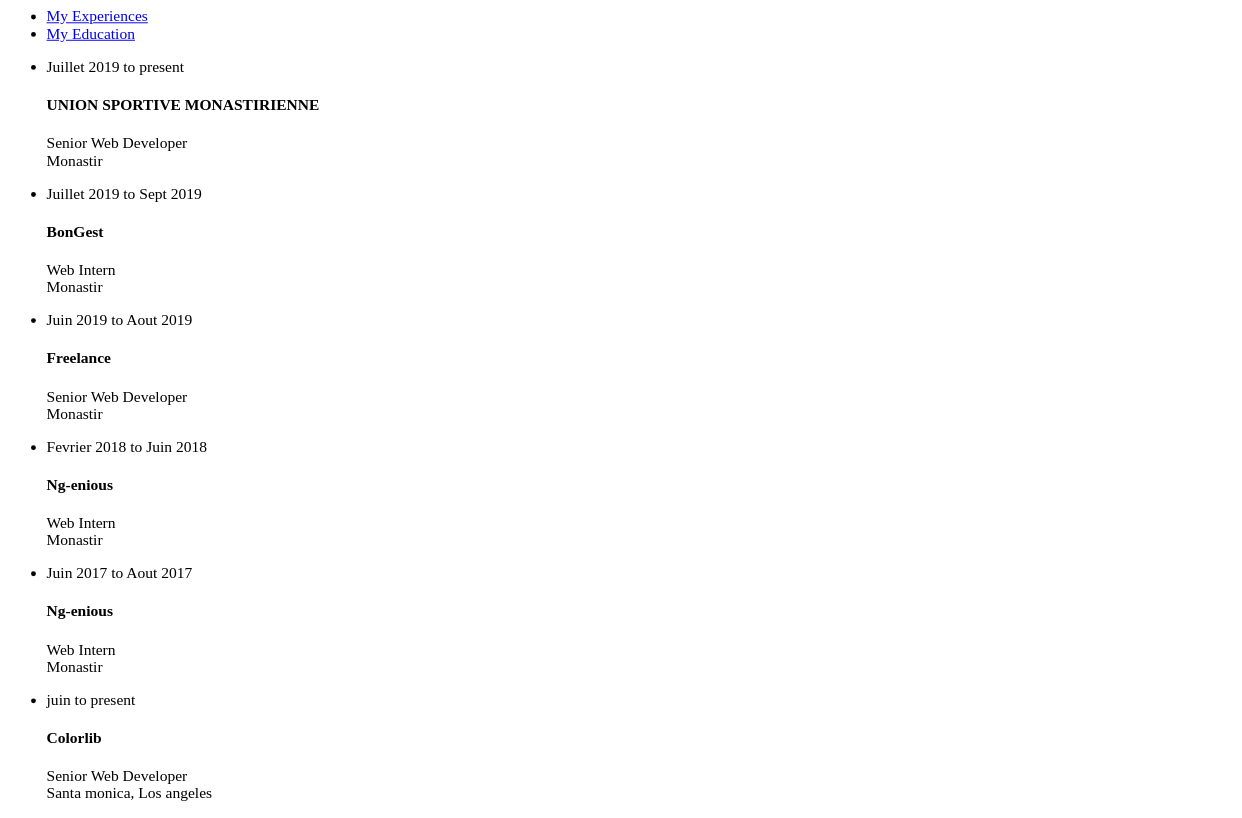
Repository: ChaabeneHabib/habib-chaabene
Page: formationExperience.html
These files come from the project's save history. The page is drawn as it stood at one moment and after the next save; the edit follows.
The browser window is 1280 px wide. The pictures show the whole page, at 97% of full size.

Above is the page before, as saved 2019-11-16 15:36:54.

### formationExperience.html
<section class="mytabs_area p_120">
		<div class="container">
			<div class="tabs_inner">
				<ul class="nav nav-tabs" id="myTab" role="tablist">
					<li class="nav-item">
						<a class="nav-link active" id="home-tab" data-toggle="tab" href="#home" role="tab"
							aria-controls="home" aria-selected="true">My Experiences</a>
					</li>
					<li class="nav-item">
						<a class="nav-link" id="profile-tab" data-toggle="tab" href="#profile" role="tab"
							aria-controls="profile" aria-selected="false">My Education</a>
					</li>
				</ul>
				<div class="tab-content" id="myTabContent">
					<div class="tab-pane fade show active" id="home" role="tabpanel" aria-labelledby="home-tab">
						<ul class="list">
							<li>
								<span></span>
								<div class="media">
									<div class="d-flex">
										<p>Juillet 2019 to present</p>
									</div>
									<div class="media-body">
										<h4>UNION SPORTIVE MONASTIRIENNE</h4>
										<p>Senior Web Developer <br />Monastir</p>
									</div>
								</div>
							</li>
							<li>
								<span></span>
								<div class="media">
									<div class="d-flex">
										<p>Juillet 2019 to Sept 2019</p>
									</div>
									<div class="media-body">
										<h4>BonGest</h4>
										<p>Web Intern  <br />Monastir </p>
									</div>
								</div>
							</li>
							<li>
								<span></span>
								<div class="media">
									<div class="d-flex">
										<p>Juin 2019 to Aout 2019</p>
									</div>
									<div class="media-body">
										<h4>Freelance</h4>
										<p>Senior Web Developer <br />Monastir</p>
									</div>
								</div>
							</li>
						</ul>
					</div>
					<div class="tab-pane fade" id="profile" role="tabpanel" aria-labelledby="profile-tab">
						<ul class="list">
							<li>
								<span></span>
								<div class="media">
									<div class="d-flex">
										<p>Fevrier 2018 to Juin 2018</p>
									</div>
									<div class="media-body">
										<h4>Ng-enious</h4>
										<p>Web Intern<br />Monastir </p>
									</div>
								</div>
							</li>
							<li>
								<span></span>
								<div class="media">
									<div class="d-flex">
										<p>Juin 2017 to Aout 2017</p>
									</div>
									<div class="media-body">
										<h4>Ng-enious</h4>
										<p>Web Intern  <br />Monastir</p>
									</div>
								</div>
							</li>
							<li>
								<span></span>
								<div class="media">
									<div class="d-flex">
										<p>juin  to present</p>
									</div>
									<div class="media-body">
										<h4>Colorlib</h4>
										<p>Senior Web Developer <br />Santa monica, Los angeles</p>
									</div>
								</div>
							</li>
						</ul>
					</div>
				</div>
			</div>
		</div>
	</section>

After the next save:
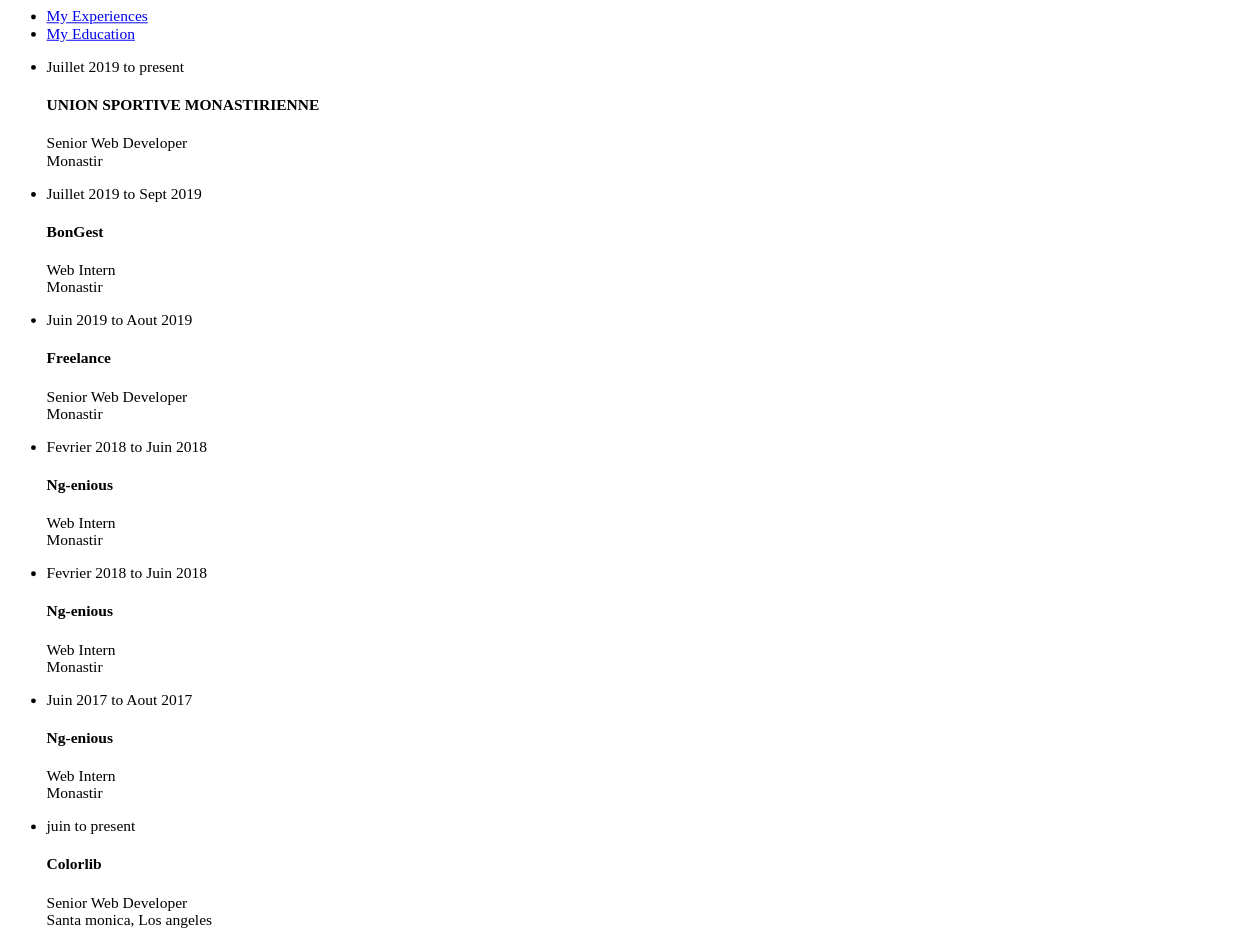
Saved 62 s later.
--- a/formationExperience.html
+++ b/formationExperience.html
@@ -49,7 +49,19 @@
 										<p>Senior Web Developer <br />Monastir</p>
 									</div>
 								</div>
-							</li>
+                            </li>
+                            <li>
+                                    <span></span>
+                                    <div class="media">
+                                        <div class="d-flex">
+                                            <p>Fevrier 2018 to Juin 2018</p>
+                                        </div>
+                                        <div class="media-body">
+                                            <h4>Ng-enious</h4>
+                                            <p>Web Intern <br />Monastir</p>
+                                        </div>
+                                    </div>
+                                </li>
 						</ul>
 					</div>
 					<div class="tab-pane fade" id="profile" role="tabpanel" aria-labelledby="profile-tab">
